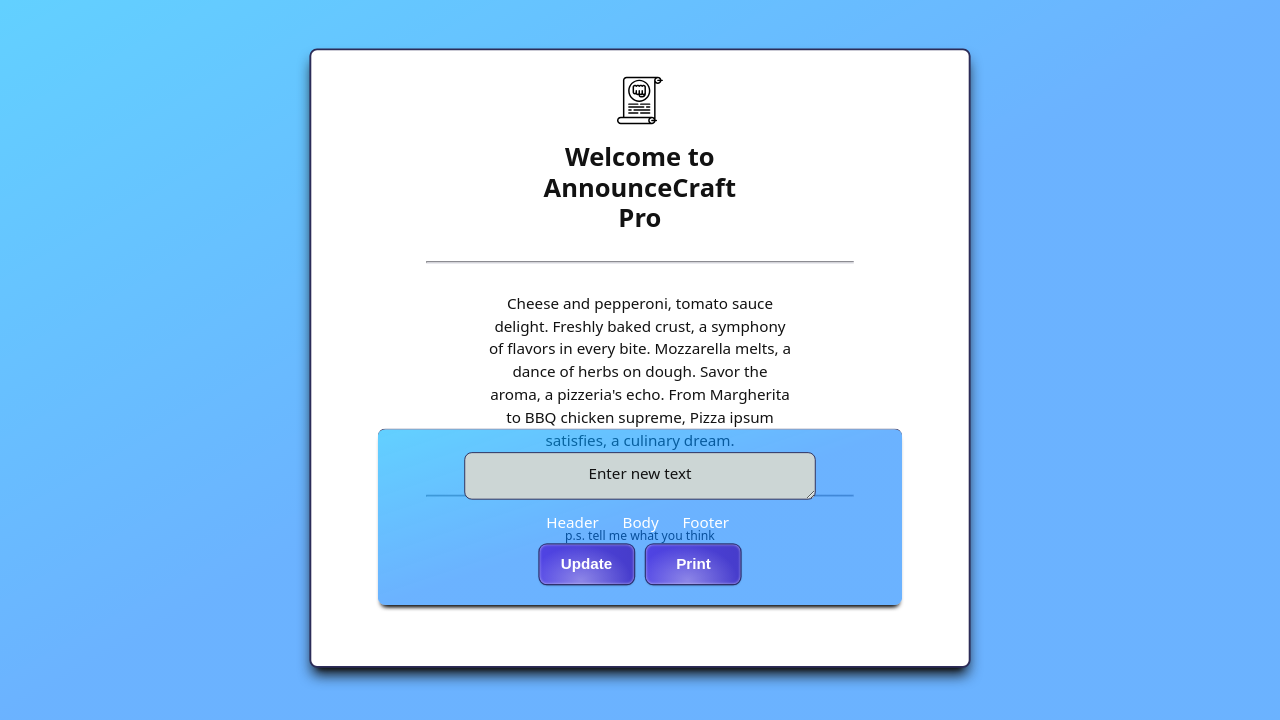
Repository: Freezler/AnnounceCraft
Page: index.html
These files come from the project's save history. The page is drawn as it stood at one moment and after the next save; the edit follows.
The browser window is 1280 px wide. The pictures show the whole page.

Above is the page before, as saved 2024-01-22 21:00:06.

### index.html
<!DOCTYPE html>
<html lang="en">

<head>
	<meta charset="UTF-8" />
	<meta name="viewport" content="width=device-width, initial-scale=1.0" />
	<title>Paper Announcement App</title>
	<link rel="stylesheet" href="style.css" />
</head>

<body>
	<section id="shopping-list">

		<div class="content">
			<svg xmlns="http://www.w3.org/2000/svg" xmlns:xlink="http://www.w3.org/1999/xlink" version="1.1" x="0"
				y="0px" viewBox="0 0 64 80" enable-background="new 0 0 64 64" xml:space="preserve">
				<g>
					<path
						d="M6,64h42c2.414,0,4.435-1.721,4.898-4H54c0.553,0,1-0.447,1-1s-0.447-1-1-1h-1V8.975C53.838,9.609,54.87,10,56,10   c2.414,0,4.435-1.721,4.898-4H62c0.553,0,1-0.447,1-1s-0.447-1-1-1h-1.102C60.435,1.721,58.414,0,56,0H14c-2.757,0-5,2.243-5,5v49   H6c-2.757,0-5,2.243-5,5S3.243,64,6,64z M48,62c-1.654,0-3-1.346-3-3s1.346-3,3-3c1.302,0,2.401,0.839,2.815,2H48   c-0.553,0-1,0.447-1,1s0.447,1,1,1h2.815C50.401,61.161,49.302,62,48,62z M58.815,4H56c-0.553,0-1,0.447-1,1s0.447,1,1,1h2.815   C58.401,7.161,57.302,8,56,8c-1.654,0-3-1.346-3-3s1.346-3,3-3C57.302,2,58.401,2.839,58.815,4z M11,5c0-1.654,1.346-3,3-3h38.025   C51.391,2.838,51,3.87,51,5v50.025C50.162,54.391,49.13,54,48,54H11V5z M6,56h38.025C43.391,56.838,43,57.87,43,59   s0.391,2.162,1.025,3H6c-1.654,0-3-1.346-3-3S4.346,56,6,56z" />
					<path
						d="M45,40.008h-4c-0.553,0-1,0.447-1,1s0.447,1,1,1h4c0.553,0,1-0.447,1-1S45.553,40.008,45,40.008z" />
					<path
						d="M17,42.008h20c0.553,0,1-0.447,1-1s-0.447-1-1-1H17c-0.553,0-1,0.447-1,1S16.447,42.008,17,42.008z" />
					<path
						d="M45,44.008H24c-0.553,0-1,0.447-1,1s0.447,1,1,1h21c0.553,0,1-0.447,1-1S45.553,44.008,45,44.008z" />
					<path
						d="M17,46.008h3c0.553,0,1-0.447,1-1s-0.447-1-1-1h-3c-0.553,0-1,0.447-1,1S16.447,46.008,17,46.008z" />
					<path
						d="M17,38.008h12c0.553,0,1-0.447,1-1s-0.447-1-1-1H17c-0.553,0-1,0.447-1,1S16.447,38.008,17,38.008z" />
					<path
						d="M45,36.008H33c-0.553,0-1,0.447-1,1s0.447,1,1,1h12c0.553,0,1-0.447,1-1S45.553,36.008,45,36.008z" />
					<path
						d="M29,48.008H17c-0.553,0-1,0.447-1,1s0.447,1,1,1h12c0.553,0,1-0.447,1-1S29.553,48.008,29,48.008z" />
					<path
						d="M45,48.008H33c-0.553,0-1,0.447-1,1s0.447,1,1,1h12c0.553,0,1-0.447,1-1S45.553,48.008,45,48.008z" />
					<path
						d="M40.001,14.006c0-1.654-1.346-3-3-3c-0.003,0-0.005,0.002-0.007,0.002c-0.703,0.001-1.389,0.19-1.993,0.545   c-1.213-0.711-2.787-0.711-4,0c-1.213-0.711-2.787-0.711-4,0c-0.604-0.354-1.29-0.544-1.993-0.545   c-0.002,0-0.004-0.002-0.007-0.002c-1.654,0-3,1.346-3,3v7.002c0,1.654,1.346,3,3,3c0.537,0,1.034-0.153,1.471-0.401   c0.532,0.84,1.464,1.402,2.529,1.402c0.36,0,0.7-0.074,1.021-0.19c-0.004,0.064-0.021,0.126-0.021,0.191c0,1.654,1.346,3,3,3h1.989   c0.004,0,0.006,0.002,0.01,0.002c2.76,0,5.006-2.246,5.006-5.006c0-0.009-0.005-0.016-0.005-0.024V14.006z M29.001,23.009   c-0.552,0-1-0.448-1-1v-3.003c0-0.553-0.447-1-1-1s-1,0.447-1,1v2.002c0,0.552-0.448,1-1,1s-1-0.448-1-1v-7.002   c0-0.551,0.447-0.998,0.997-1c0.001,0,0.002,0.001,0.003,0.001c0.485,0,0.957,0.186,1.331,0.521c0.379,0.342,0.959,0.342,1.338,0   c0.748-0.672,1.914-0.672,2.662,0c0.379,0.342,0.959,0.342,1.338,0c0.748-0.672,1.914-0.672,2.662,0   c0.189,0.171,0.43,0.257,0.669,0.257s0.479-0.086,0.669-0.257c0.374-0.336,0.846-0.521,1.331-0.521   c0.001,0,0.002-0.001,0.003-0.001c0.55,0.002,0.997,0.449,0.997,1v8.003c0,0.552-0.448,1-1,1s-1-0.448-1-1v-3.003   c0-0.553-0.447-1-1-1s-1,0.447-1,1v3.003c0,0.552-0.448,1-1,1s-1-0.448-1-1v-3.003c0-0.553-0.447-1-1-1s-1,0.447-1,1v3.003   C30.001,22.561,29.553,23.009,29.001,23.009z M35.007,26.011c-0.003,0-0.005-0.001-0.007-0.001h-1.999c-0.552,0-1-0.448-1-1   c0-0.061,0.026-0.115,0.038-0.174c0.304,0.104,0.623,0.173,0.962,0.173c0.771,0,1.468-0.301,2-0.78c0.532,0.479,1.229,0.78,2,0.78   c0.084,0,0.162-0.018,0.244-0.024C36.695,25.607,35.9,26.009,35.007,26.011z" />
					<path
						d="M31,3.998c-8.271,0-15,6.729-15,15s6.729,15,15,15s15-6.729,15-15S39.271,3.998,31,3.998z M31,31.998   c-7.168,0-13-5.832-13-13s5.832-13,13-13s13,5.832,13,13S38.168,31.998,31,31.998z" />
				</g>
			</svg>
			<h1 @click="updateSelectedType('Header'); updateSelectedText(header)">{{ header }}</h1>
			<hr>
			<p @click="updateSelectedType('Body'); updateSelectedText(body)">{{ body }}</p>
			<hr>
			<h4 @click="updateSelectedType('Footer'); updateSelectedText(footer)">{{ footer }}</h4>
		</div>
		<div class="choice-box">
			<textarea v-model="selectedText" type="text" minlength="10" maxlength="400" required
				placeholder="Enter new text"></textarea>

			<div class="radio-container">
				<input class="btn" type="radio" id="header" value="Header" v-model="selectedType"
					@change="updateTempContent">
				<label for="header">Header</label>
				<input class="btn" type="radio" id="body" value="Body" v-model="selectedType"
					@change="updateTempContent">
				<label for="body">Body</label>
				<input class="btn" type="radio" id="footer" value="Footer" v-model="selectedType"
					@change="updateTempContent">
				<label for="footer">Footer</label>
				<div class="btn-group">
					<button @click="updateText" class="btn">Update</button>
					<button @click="updateText" class="btn">Print</button>
				</div>

			</div>
		</div>
	</section>
	<script src="https://unpkg.com/vue@3"></script>
	<script src="app.js"></script>
</body>

</html>

### style.css
:root {
    --primary-color: #007bff94;
    --secondary-color: #6c757d;
    --success-color: #28a745;
    --error-color: #dc3545;
    --oxford-blue: rgb(18, 18, 18);
    --bittersweet: rgb(44, 44, 88);
    --platinum: hsla(174, 11%, 82%, 1);
    --khaki: rgb(118, 143, 230);
    --white: rgb(255, 255, 255);
    --primary: rgb(255, 0, 76);
    --secondary: rgb(0, 255, 76);
    --polkadot-pink: #e6007a;
    --polkadot-purple: #552BBF;
    --polkadot-cyan: #00b3ff9d;
    --polkadot-lime: #D3FF33;
    --polkadot-green: #56F39A;

    /* Fonts */
    --main-font: 'system-ui', -apple-system, BlinkMacSystemFont, 'Segoe UI', Roboto, Oxygen, Ubuntu, Cantarell, 'Open Sans', 'Helvetica Neue', sans-serif;
    --heading-font: 'Roboto', sans-serif;

    /* Spacing */
    --spacing-small: 8px;
    --spacing-medium: 16px;
    --spacing-large: 24px;

    /* Breakpoints */
    --tablet-breakpoint: 768px;
    --desktop-breakpoint: 1024px;

    /* Other Variables */
    --border-radius: 4px;
    --box-shadow: 0 2px 4px rgba(0, 0, 0, 0.1);
    --radius: 8px;

    /* Typography */
    --heading-font-size: 24px;
    --heading-line-height: 1.2;
    --paragraph-font-size: 16px;
    --paragraph-line-height: 1.5;
    --paragraph-max-width: 35ch;

    scale: 0.95;
}

body {
    margin: 0;
    padding: 0;
    font-family: var(--main-font);
    background-image: linear-gradient(to bottom right, var(--polkadot-cyan) 0%, var(--primary-color) 50%);
    color: var(--oxford-blue);
    text-align: center;
    height: 100vh;
    display: flex;
    flex-direction: column;
    align-items: center;

}

section {
    margin: 2rem;
    height: 90%;
    border: 2px solid var(--bittersweet);
    border-radius: var(--radius);
    padding: 0;
    max-width: 54vw;
    background-color: var(--white);
    text-align: center;
    position: absolute;
    box-shadow: 0px 10px 15px -3px var(--oxford-blue), 0px 10px 5px -9px var(--oxford-blue);

}

h1 {
    font-size: clamp(0.9rem, 2vw, 2rem);
    line-height: 1.2;

    width: 15ch;
    margin: 0 auto;
    word-wrap: pretty;
    transform: scale(1.05);
}

h1:hover {


    color: var(--bittersweet);
    transition: color 5s cubic-bezier(0.215, 0.610, 0.355, 1);
    text-align: center;

    padding: 0;
}

h4 {
    font-size: clamp(0.3rem, 2vw, 0.8rem);
    font-weight: 100;
    width: 35ch;
    vertical-align: middle;
    margin: 0 auto;
    padding-bottom: 24px;
    text-align: center;
    word-wrap: balanced;
}

p {
    font-size: clamp(0.6rem, 2vw, 1rem);
    line-height: 1.6;
    width: 35ch;
    line-height: 1.5;
    margin: 0 auto;
    padding: 0px 0px 1rem;
    text-wrap: balance;
    text-align: center;
}

hr {
    background-color: var(--bittersweet);
    width: 35vw;

    align-self: center;

}

label {
    display: block;
    color: var(--white);
}

.radio-container input[type="radio"] {
    display: none;

}

.radio-container input[type="radio"]:hover {
    background: #b984e86e;

}

.radio-container input[type="radio"]+label {
    display: inline-block;
    padding: 5px 10px;
    border-radius: var(--radius);
    margin-right: 5px;
    cursor: pointer;
}

.radio-container input[type="radio"]:checked+label {
    background-color: #e0e0e0;
    color: rgb(40, 4, 4);
    text-transform: uppercase;
}

.content {
    display: flex;
    flex-direction: column;
    gap: clamp(1.4rem, 1vw, 2rem);
    width: 54vw;
    text-wrap: balance;
    padding: 5rem 0 4rem;
    margin-top: 1.2rem;
}

svg {
    position: absolute;
    top: 1.2rem;
    left: calc(50% - 25px);
    width: 50px;
    height: 80px;
    padding-bottom: 1rem;

}

.choice-box {
    position: absolute;
    bottom: 2rem;

    opacity: 1;

    background-image: linear-gradient(to bottom right, var(--polkadot-cyan) 0%, var(--primary-color) 50%);
    display: flex;
    flex-direction: column;
    gap: 8px;
    justify-content: center;
    align-items: center;
    break-before: always;
    left: 0rem;
    right: 0;
    padding: 0.8rem 0 0.8rem;
    border-top: 1.6px solid var(--bittersweet);
    border-radius: var(--radius);
    padding-top: 24px;
    padding-bottom: 16px;
    margin: 2rem auto;

    box-shadow: 0px 5px 5px -3px var(--oxford-blue), 0px 10px 5px -9px var(--oxford-blue);
    max-width: 80%;

    textarea {
        width: 66%;
        color: var(--oxford-blue);
        background-color: var(--platinum);
        border: 0.4px solid var(--bittersweet);
        border-radius: var(--radius);
        font-size: 16px;
        font-family: system-ui, -apple-system, BlinkMacSystemFont, 'Segoe UI', Roboto, Oxygen, Ubuntu, Cantarell, 'Open Sans', 'Helvetica Neue', sans-serif;
        margin: 0 auto;

        text-align: center;
        justify-content: baseline;
        overflow: hidden;
        outline: none;
        vertical-align: middle;

        &::placeholder {
            color: var(--oxford-blue);
            text-align: center;
            justify-content: baseline;
            padding-top: 0.5rem;
        }

        &:focus {
            border-color: var(--white);
            box-shadow: 0 0 0 0.1rem var(--primary);
            text-align: center;


        }

        &::invalid {
            background-color: var(--secondary);
        }
    }
}

.btn {
    -webkit-border-radius: var(--radius);
    -moz-border-radius: var(--radius);
    border-radius: var(--radius);
    -webkit-box-shadow: 7px 5px 13px #040646;
    -moz-box-shadow: 7px 5px 13px #040646;
    box-shadow: 2px 2px 13px var(--oxford-blue);
    color: var(--white);
    font-size: clamp(0.6rem, 1vw, 1rem);
    background: var(--oxford-blue);
    padding: 4px 5px;
    border: 0.6px solid var(--white);
    text-decoration: none;
    width: clamp(100px, 1.6vw, 10rem);
    margin: 0.4rem auto 0.4rem;
}

.btn:hover {
    background: var(--bittersweet);
    color: var();
    text-decoration: none;
}

.btn-group {
    display: grid;
    grid-template-columns: 1fr 1fr;
    gap: 8px;
    justify-content: center;
    place-items: center;
}


/* CSS */

.btn {

    padding: 12px 16px;
    border: 0;
    font-size: 16px;
    transition: all 150ms ease-in-out;

    border-radius: 8px;
    box-shadow: rgba(255, 255, 255, 0.2) 0px 1px 0px 0px inset, rgba(0, 0, 0, 0.07) 0 1px 1px, rgba(0, 0, 0, 0.07) 0 2px 2px, rgba(0, 0, 0, 0.07) 0 4px 4px;
    font-weight: 600;

    color: #fff;
    box-shadow: rgba(32, 27, 92, 0.8) 0px 0px 0px 1px, rgba(255, 255, 255, 0.7) 0 0 3px 0 inset, 0 1px 2px 0 rgba(0, 0, 0, .5);

    background-image: radial-gradient(53% 87% at 44% 90%, rgba(255, 255, 255, 0.36) 0%, transparent 100%), linear-gradient(80deg, #5044E5 0%, #463CCA 100%);
}


.btn:hover {
    background: var(--primary);
    filter: brightness(1.)
}



.btn:active {
    transform: scale(.95);
}

### app.js

const PaperAnnouncement = Vue.createApp({
    /**
     * Returns an object with header, body, footer, selectedText, selectedType, and tempContent properties.
     *
     * @return {Object} The object containing header, body, footer, selectedText, selectedType, and tempContent properties.
     */
    data() {
        return {
            header: "Welcome to AnnounceCraft Pro",
            body: "Cheese and pepperoni, tomato sauce delight. Freshly baked crust, a symphony of flavors in every bite. Mozzarella melts, a dance of herbs on dough. Savor the aroma, a pizzeria's echo. From Margherita to BBQ chicken supreme, Pizza ipsum satisfies, a culinary dream.",
            footer: "p.s. tell me what you think",
            selectedText: "",
            selectedType: "",
            tempContent: { type: "", text: "" }
        };
    },
    methods: {
        /**
         * Updates the temporary content based on the selected type and text.
         */
        updateTempContent() {
            if (this.selectedText === "") {
                this.selectedType = "";
                alert("Please enter text first");
            } else {
                if (this.selectedType !== undefined) {
                    this.tempContent.type = this.selectedType;
                }
                if (this.selectedText !== undefined) {
                    this.tempContent.text = this.selectedText;
                }
            }
        },

        /**
         * Updates the header, body, and footer based on the type and text from this.tempContent.
         */
        updateText() {
            const { type, text } = this.tempContent;
            if (type === "Header") {
                this.header = text;
            }
            if (type === "Body") {
                this.body = text;
            }
            if (type === "Footer") {
                this.footer = text;
            }
            this.selectedType = "";
            this.selectedText = "";
        }
    }

}).mount("#shopping-list");

After the next save:
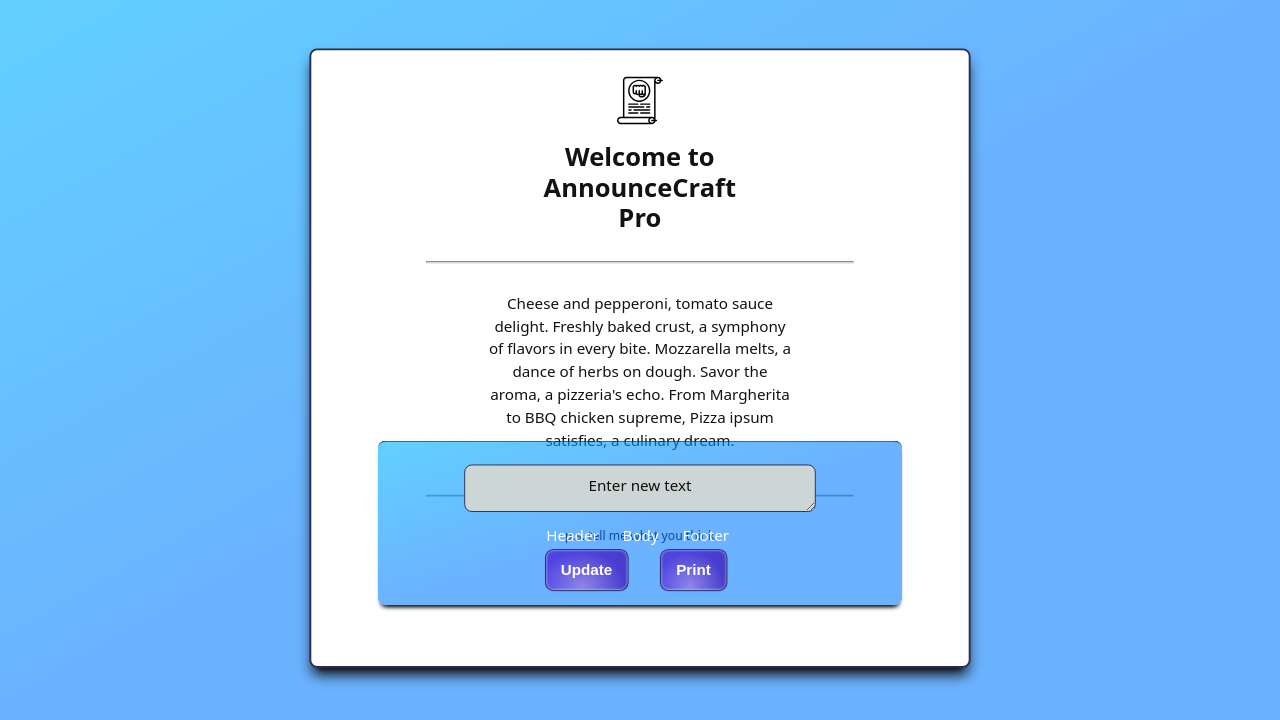
Saved 16 s later.
--- a/style.css
+++ b/style.css
@@ -233,7 +233,7 @@ svg {
     }
 }
 
-.btn {
+/* .btn {
     -webkit-border-radius: var(--radius);
     -moz-border-radius: var(--radius);
     border-radius: var(--radius);
@@ -248,7 +248,7 @@ svg {
     text-decoration: none;
     width: clamp(100px, 1.6vw, 10rem);
     margin: 0.4rem auto 0.4rem;
-}
+} */
 
 .btn:hover {
     background: var(--bittersweet);
